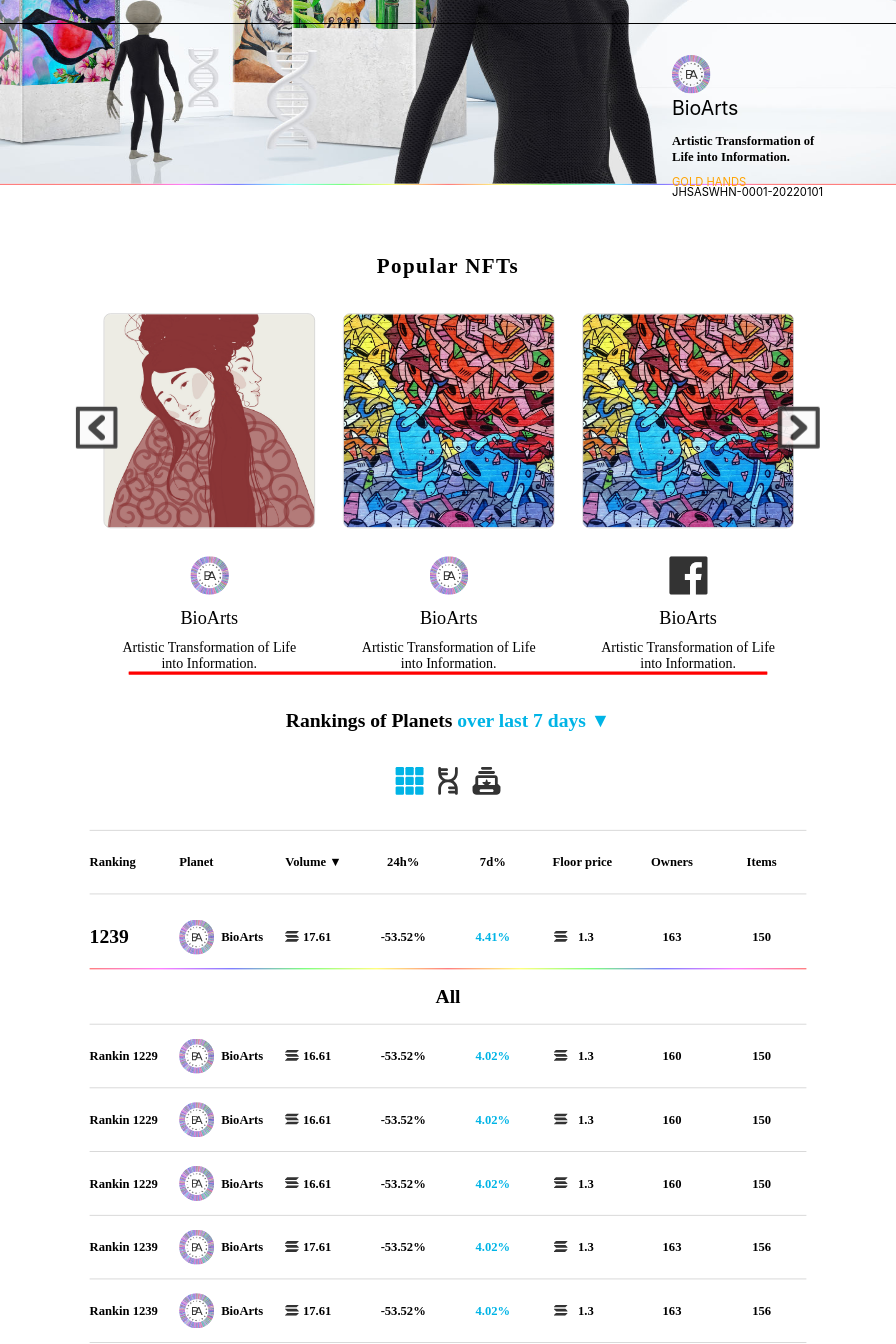
Repository: superHotBob/bioart
Page: /
These files come from the project's save history. The page is drawn as it stood at one moment and after the next save; the edit follows.
The browser window is 1280 px wide. The pictures show the part of the page from y = 332 to 2252 px (the page is 2850 px tall), at 70% of full size.
Some web fonts or font styles are not loaded; a fallback is used. The project was rebuilt for these pictures with package versions that can differ from the ones it lists, and the page was loaded fresh each time. The framework's server and built-in components were replaced by stand-ins that run in the browser. Also part of the build but not shown: next.config.js.

Above is the page before, as saved 2022-04-06 09:11:46.

### pages/_app.js
import "../styles/globals.css";
import Layout from "../components/layout";
import { Provider } from "react-redux";
import store from "../store";

export default function MyApp({ Component, pageProps }) {
  return (
    <Provider store={store}>
      <Layout>
        <Component {...pageProps} />
      </Layout>
    </Provider>
  );
}

### pages/index.js
import Slider from "react-slick";
import "slick-carousel/slick/slick.css";
import "slick-carousel/slick/slick-theme.css";
import { useState, useEffect } from "react";
import   mainback  from '../public/main_top_bg.jpg';
import Head from "next/head";
import Image from "next/image";
import styles from "../styles/Home.module.css";
import Link from "next/link";
export default function Home() {
  const [myscreen, setMyScreen] = useState(1300);
  useEffect(() => setMyScreen(window.screen.width),[]);
  const data = [
    {
      ranking: 1229,
      planet: "BioArts",
      volume: 16.61,
      hours: "-53.52%",
      days: "4.02%",
      floorPrice: 1.3,
      owners: 160,
      items: 150,
    },
    {
      ranking: 1229,
      planet: "BioArts",
      volume: 16.61,
      hours: "-53.52%",
      days: "4.02%",
      floorPrice: 1.3,
      owners: 160,
      items: 150,
    },
    {
      ranking: 1229,
      planet: "BioArts",
      volume: 16.61,
      hours: "-53.52%",
      days: "4.02%",
      floorPrice: 1.3,
      owners: 160,
      items: 150,
    },
    {
      ranking: 1239,
      planet: "BioArts",
      volume: 17.61,
      hours: "-53.52%",
      days: "4.02%",
      floorPrice: 1.3,
      owners: 163,
      items: 156,
    },
    {
      ranking: 1239,
      planet: "BioArts",
      volume: 17.61,
      hours: "-53.52%",
      days: "4.02%",
      floorPrice: 1.3,
      owners: 163,
      items: 156,
    },
    {
      ranking: 1239,
      planet: "BioArts",
      volume: 17.61,
      hours: "-53.52%",
      days: "4.02%",
      floorPrice: 1.3,
      owners: 163,
      items: 156,
    },
    {
      ranking: 1239,
      planet: "BioArts",
      volume: 17.61,
      hours: "-53.52%",
      days: "4.02%",
      floorPrice: 1.3,
      owners: 163,
      items: 156,
    },
  ];
  const settings = {
    dots: false,
    infinite: true,
    speed: 500,
    slidesToShow: myscreen > 500 ? 3 : 1,
    slidesToScroll: myscreen > 500 ? 3 : 1,
    nextArrow: <NextArrow />,
    prevArrow: <PrevArrow />,
    afterChange: function(index) {
      console.log(
        `Slider Changed to: ${index + 1}, background: #222; color: #bada55`
      );
    },
    appendDots: dots => (
      <div
        style={{
          backgroundColor: "red",
          borderRadius: "1px",
          display: 'flex',
          justifyContent: 'space-between'

        }}
      >
        <ul>
        <span style={{height: '20px', width: '50px', margin: "0 10px",padding: '20px',color: "red"}}> {dots} </span>
          </ul>

      </div>
    ),
    customPaging: i => (
      <div
        style={{
          width: "50%",
          float: 'left',
          color: "blue",
          backgroundColor: 'yellow',
          border: "1px blue solid"
        }}
      >
        {i + 1}
      </div>
    )
  };
  function NextArrow(props) {
    const { className, style, onClick } = props;
    return (
      <button
        type="button"
        className={styles.sliderBtnNext}
        onClick={onClick}
      />
    );
  }

  function PrevArrow(props) {
    const { className, style, onClick } = props;
    return (
      <button
        type="button"
        style={{ zIndex: 1 }}
        className={styles.sliderBtnPrev}
        onClick={onClick}
      />
    );
  }

  return (
    <div className={styles.container}>
      <Head>
        <title>BioArt</title>
        <meta name="description" content="Generated by create nft" />
        <link rel="icon" href="/favicon.png" />
      </Head>
      <section className={styles.wrapFirstBlock}>
        <div className={styles.firstBlock} >
          <Image src={mainback} layout='fill' alt="mainbackground" />
        </div>
        <div className={styles.firstBlockText}>
          <Image src="/icon_ba.svg" width={55} height={55} alt="icon" />
          <div className={styles.firstBlockTextOnly}>
            {(myscreen < 500) &&
            <Image src="/korona.png" width={25} height={25} alt="icon" />}
            <h3>BioArts</h3>
            <p>
              Artistic Transformation of
              <br /> Life into Information.
            </p>
            <span className={styles.gold}>GOLD HANDS</span>
            JHSASWHN-0001-20220101
          </div>
        </div>
      </section>

      <section className={styles.slider}>
        <h2 style={{ textAlign: "center", margin: "100px 0 0" }}>
          {myscreen > 500 ? "Popular NFTs" : "Notable NFTs"}
        </h2>

        <div className={styles.sliderWraper}>
          <Slider {...settings}>
            <div className={styles.itemSlider}>
              <Link href="/nft/one" passHref>
                <div
                  className={styles.itemSliderImage}
                  style={{ backgroundImage: "url(/twowoman.png)" }}
                />
              </Link>
              <span>
                <Image src="/icon_ba.svg" width={55} height={55} alt="icon" />
              </span>
              <div className={styles.sliderText}>
                BioArts
                <p>Artistic Transformation of Life into Information.</p>
              </div>
            </div>
            <div className={styles.itemSlider}>
              <Link href="/nft/one" passHref>
                <div
                  className={styles.itemSliderImage}
                  style={{ backgroundImage: "url(/article-img.png)" }}
                />
              </Link>
              <span>
                <Image src="/icon_ba.svg" width={55} height={55} alt="icon" />
              </span>
              <div className={styles.sliderText}>
                BioArts
                <p>Artistic Transformation of Life into Information.</p>
              </div>
            </div>
            <div className={styles.itemSlider}>
              <Link href="/nft/one" passHref>
                <div
                  className={styles.itemSliderImage}
                  style={{ backgroundImage: "url(/article-img.png)" }}
                />
              </Link>
              <span>
                <Image
                  src="/icon_facebook_b.png"
                  width={55}
                  height={55}
                  alt="facebook"
                />
              </span>
              <div className={styles.sliderText}>
                BioArts
                <p>Artistic Transformation of Life into Information.</p>
              </div>
            </div>
            <div className={styles.itemSlider}>
              <Link href="/nft/one" passHref>
                <div
                  className={styles.itemSliderImage}
                  style={{ backgroundImage: "url(/article-img.png)" }}
                />
              </Link>
              <span>
                <Image src="/icon_ba.svg" width={55} height={55} alt="icon" />
              </span>
              <div className={styles.sliderText}>
                BioArts
                <p>Artistic Transformation of Life into Information.</p>
              </div>
            </div>
            <div className={styles.itemSlider}>
              <Link href="/nft/one" passHref>
                <div
                  className={styles.itemSliderImage}
                  style={{ backgroundImage: "url(/article-img.png)" }}
                />
              </Link>
              <span>
                <Image src="/icon_ba.svg" width={55} height={55} alt="icon" />
              </span>
              <div className={styles.sliderText}>
                BioArts
                <p>Artistic Transformation of Life into Information.</p>
              </div>
            </div>
            <div className={styles.itemSlider}>
              <Link href="/nft/one" passHref>
                <div
                  className={styles.itemSliderImage}
                  style={{ backgroundImage: "url(/article-img.png)" }}
                />
              </Link>
              <span>
                <Image
                  src="/icon_facebook_b.png"
                  width={55}
                  height={55}
                  alt="facebook"
                />
              </span>
              <div className={styles.sliderText}>
                BioArts
                <p>Artistic Transformation of Life into Information.</p>
              </div>
            </div>
          </Slider>
          <p className={styles.sliderDot} style={{border: '2px solid red'}}>
            {(new Array(6)).fill(' ').map((i,index)=>
            <span style={{backgroundColor: 'blue'}} key={index}>{i}</span>
            )}
          </p>
        </div>
      </section>
      <section className={styles.table}>
        <h2>
          Rankings of Planets <br className={styles.br} />
          <a>over last 7 days ▼</a>
        </h2>
        <div className={styles.icons}>
          <Image src="/icon_cate_on_01.svg" width={54} height={40} alt="icon" />
          <Image src="/icon_cate_02.svg" width={54} height={40} alt="icon" />
          <Image src="/icon_cate_04.svg" width={54} height={40} alt="icon" />
        </div>
        <div className={styles.tableBody}>
          <div className={styles.headerTable}>
            <span className={styles.mobile} style={{ textAlign: "left" }}>
              Ranking
            </span>
            <span style={{ textAlign: "left" }}>Planet</span>
            <span>Volume ▼</span>
            <span className={styles.mobile}>24h%</span>
            <span className={styles.mobile}>7d%</span>
            <span className={styles.mobile}>Floor price</span>
            <span className={styles.mobile}>Owners</span>
            <span className={styles.mobile}>Items</span>
          </div>
          <div className={styles.data}>
            <p className={styles.headerTableFirst}>
              <span
                className={styles.mobile}
                style={{ textAlign: "left", fontSize: "28px" }}
              >
                1239
              </span>
              <span
                className={styles.planetsTableData}
                style={{ textAlign: "left" }}
              >
                BioArts <br className={styles.br} />{" "}
                <span className={styles.mobileYes}> Rankin 1247</span>
              </span>
              <span className={styles.volumeIcon}>
                17.61
                <br className={styles.br} />{" "}
                <span className={styles.mobileYes}> -53.52%</span>
              </span>
              <span className={styles.mobile}>-53.52%</span>
              <span className={styles.mobile} style={{ color: "#00b4e6" }}>
                4.41%
              </span>
              <span className={styles.volumeIcon_2}>1.3</span>
              <span className={styles.mobile}>163</span>
              <span className={styles.czczxc}>150</span>
            </p>
            <h2>All</h2>
            {data.map((i, index) => (
              <p key={index} className={styles.bodyTable}>
                <span className={styles.mobile} style={{ textAlign: "left" }}>
                  Rankin {i.ranking}
                </span>
                <span
                  className={styles.planetsTableData}
                  style={{ textAlign: "left" }}
                >
                  {i.planet} <br />
                  <span className={styles.mobileYes}>Ranking {i.ranking}</span>
                </span>
                <span className={styles.volumeIcon}>
                  {i.volume}
                  <br className={styles.br} />{" "}
                  <span className={styles.mobileYes}>{i.hours}</span>
                </span>
                <span className={styles.mobile}>{i.hours}</span>
                <span className={styles.mobile} style={{ color: "#00b4e6" }}>
                  {i.days}
                </span>
                <span className={styles.volumeIcon_2}>{i.floorPrice}</span>
                <span className={styles.mobile}>{i.owners}</span>
                <span className={styles.mobile}>{i.items}</span>
              </p>
            ))}
          </div>
          <p className={styles.btnPage}>
            <button className={styles.btnPrev}>1 - 100</button>
            <button className={styles.btnNext} style={{ color: "#00b4e6" }}>
              101-202
            </button>
          </p>
        </div>
      </section>
    </div>
  );
}

### styles/globals.css
@font-face {
  font-family: 'GmarketSansMedium';
  src: url('https://cdn.jsdelivr.net/gh/projectnoonnu/noonfonts_2001@1.1/GmarketSansMedium.woff') format('woff');
  font-weight: normal;
  font-style: normal;
}
@font-face {
  font-family: 'GmarketSansLight';
  src: url('https://cdn.jsdelivr.net/gh/projectnoonnu/noonfonts_2001@1.1/GmarketSansLight.woff') format('woff');
  font-weight: normal;
  font-style: normal;
}
@font-face {
  font-family: 'GmarketSansBold';
  src: url('https://cdn.jsdelivr.net/gh/projectnoonnu/noonfonts_2001@1.1/GmarketSansBold.woff') format('woff');
  font-weight: normal;
  font-style: normal;
}
html,
body {
  padding: 0;
  margin: 0;
  font-family: -apple-system, BlinkMacSystemFont, Segoe UI, Roboto, Oxygen,
    Ubuntu, Cantarell, Fira Sans, Droid Sans, Helvetica Neue, sans-serif;
}

input, select, button, textarea {
  outline: none;
}
a {
  color: inherit;
  text-decoration: none;
  cursor: pointer;
}
input::placeholder {
  color: #c9c9c9;
}
* {
  box-sizing: border-box;
  background-repeat: no-repeat;
}
button {
  cursor: pointer;
  font-family: "GmarketSansMedium";
  font-size: 18px;
  text-align: center;
}
.error {
  color: red;
  font-size: 20px;
}
figure {
  margin: 0;
  display: inline-block;
}
select {
  -webkit-appearance: none;
  -moz-appearance: none;

  height: 44px;
  padding-left: 20px;
  font-size: 18px;
  background: transparent;
  border: 1px solid #c9c9c9;
  border-radius: 20px;
  background: url('/icon_drp_arr.svg')  100% / 17% 35% no-repeat;
}
.blue {
  color: rgb(0, 180, 230);
  font-size: 18px;
  padding: 2px 0 2px 27px;

}
.bold {
  font-weight: 800;
  font-family: "GmarketSansbold";
}


.solana {
  background: url('/icon_graph_01.svg')  left 35% / auto 68% no-repeat;


}
@media screen and (max-width: 550px) {
  .blue {
    font-size: 14px;
    padding: 2px 0 2px 25px;
  }
}

Loaded but not shown: pages/_document.js (common file); components/navbar.js (77 lines, source omitted); components/layout.js (69 lines, source omitted); reduser/index.js (53 lines, source omitted); components/footer.js (18 lines, source omitted); store/index.js (13 lines, source omitted); styles/Home.module.css (586 lines, source omitted)

After the next save:
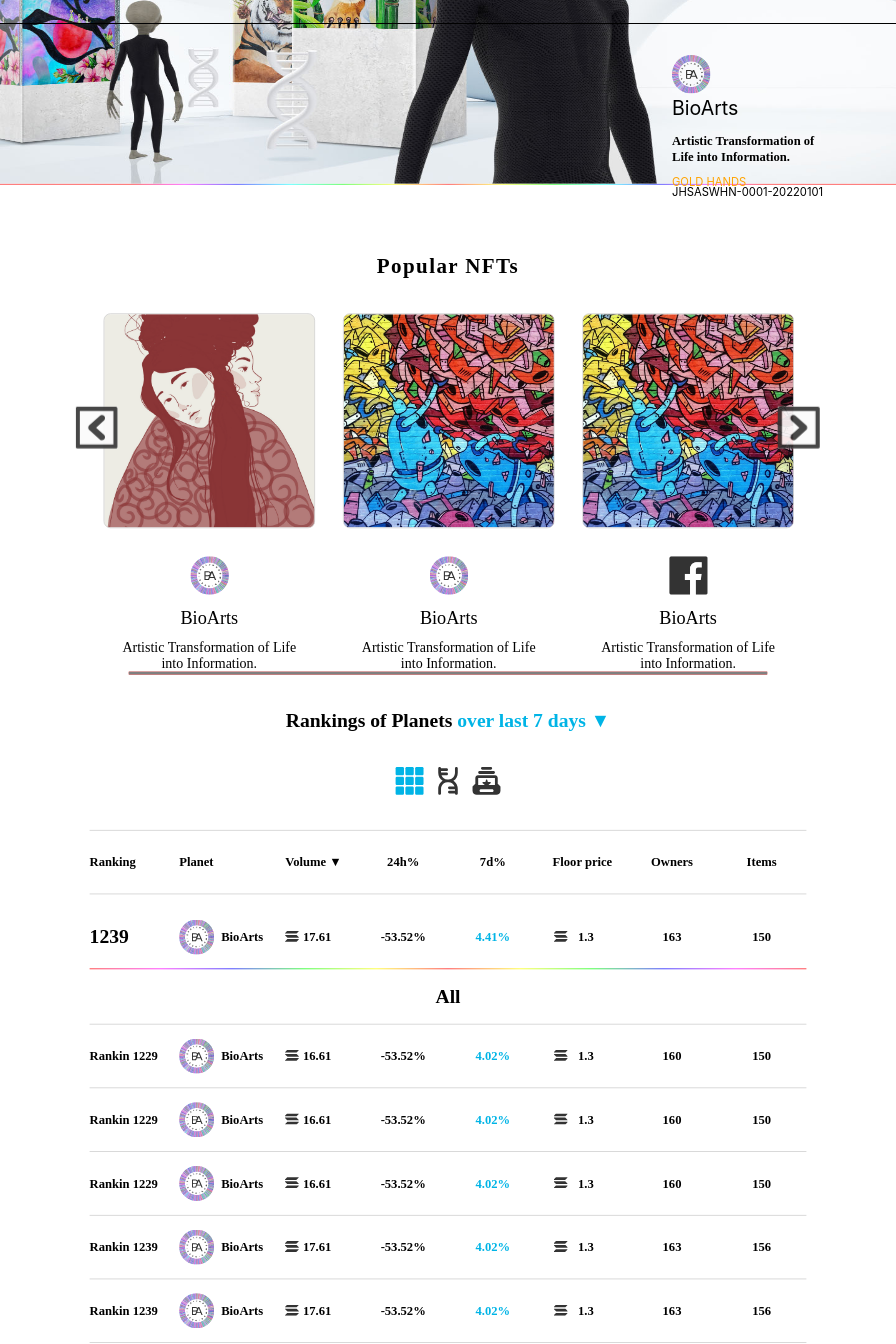
Saved 6 min 53 s later.
--- a/pages/index.js
+++ b/pages/index.js
@@ -251,7 +251,7 @@ export default function Home() {
               <Link href="/nft/one" passHref>
                 <div
                   className={styles.itemSliderImage}
-                  style={{ backgroundImage: "url(/article-img.png)" }}
+                  style={{ backgroundImage: "url(/twowoman.png)" }}
                 />
               </Link>
               <span>
@@ -283,7 +283,7 @@ export default function Home() {
               </div>
             </div>
           </Slider>
-          <p className={styles.sliderDot} style={{border: '2px solid red'}}>
+          <p className={styles.sliderDot} style={{border: '2px solid gray'}}>
             {(new Array(6)).fill(' ').map((i,index)=>
             <span style={{backgroundColor: 'blue'}} key={index}>{i}</span>
             )}
